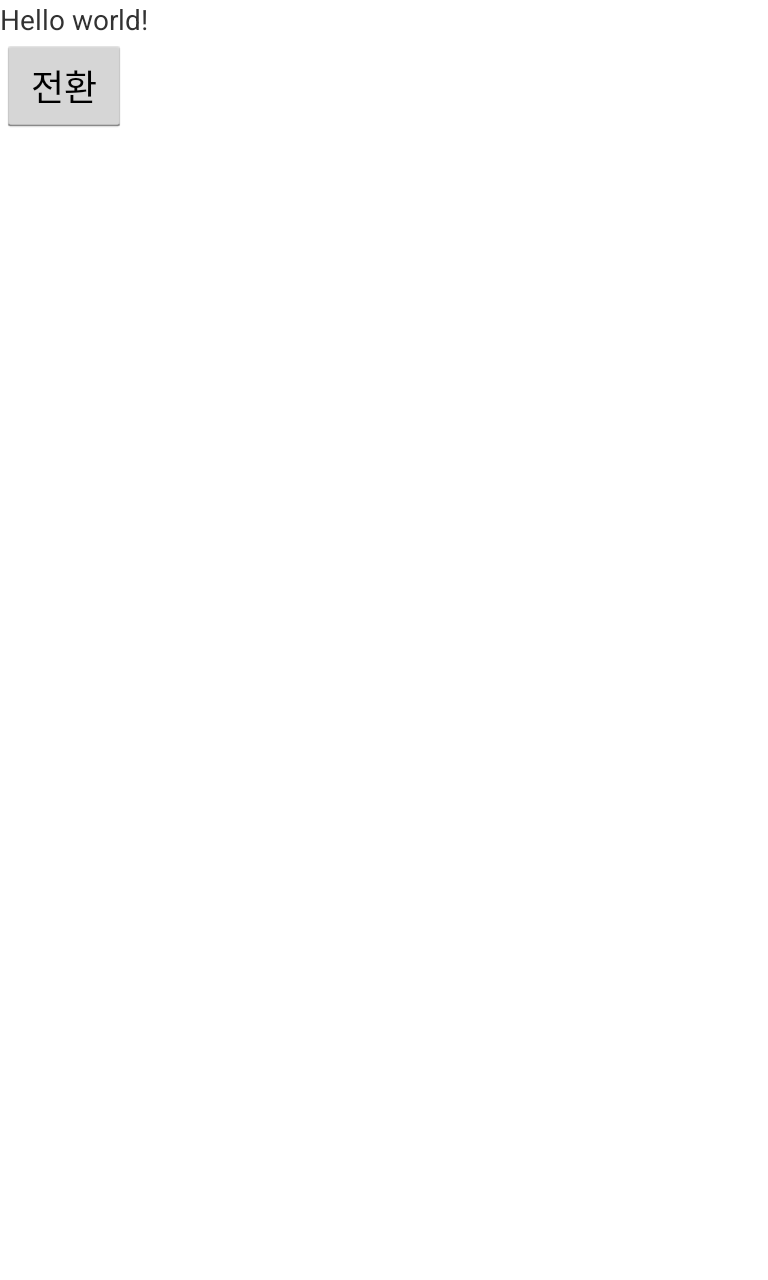
Repository: supremehappy/Android
Layout: IntentTest/res/layout/activity_main.xml
The author's editor kept a copy of each file at every save. The layout is drawn from the files as they stood at one save, then again after the next save.
It is drawn on a 768 x 1280 px phone screen (xhdpi) without system bars, with theme AppTheme; the app's code is not run.

Above is the layout before, as saved 2017-08-25 01:44:59.

After the next save:
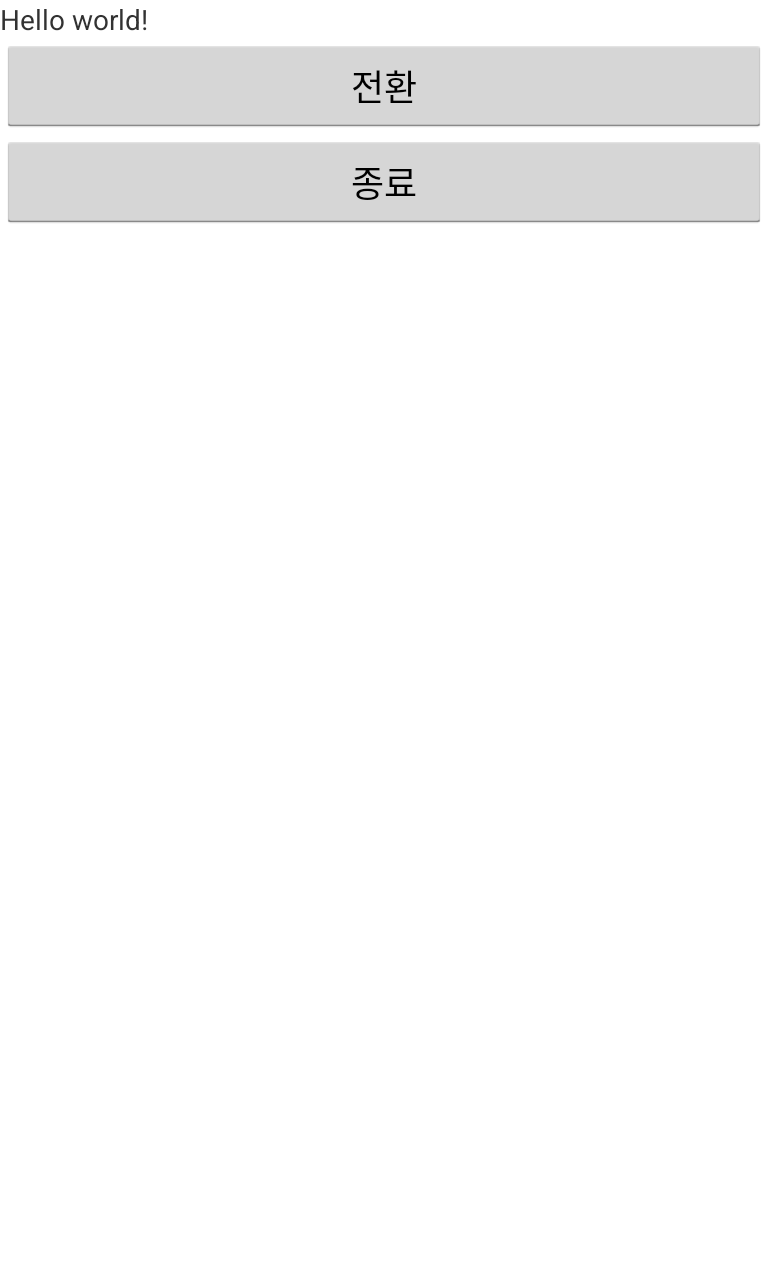
Saved 1 s later.
--- a/IntentTest/res/layout/activity_main.xml
+++ b/IntentTest/res/layout/activity_main.xml
@@ -13,8 +13,14 @@
 
     <Button
         android:id="@+id/btn_change"
-        android:layout_width="wrap_content"
+        android:layout_width="fill_parent"
         android:layout_height="wrap_content"
         android:text="전환" />
 
+    <Button
+        android:id="@+id/btn_exit"
+        android:layout_width="fill_parent"
+        android:layout_height="wrap_content"
+        android:text="종료" />
+
 </LinearLayout>
